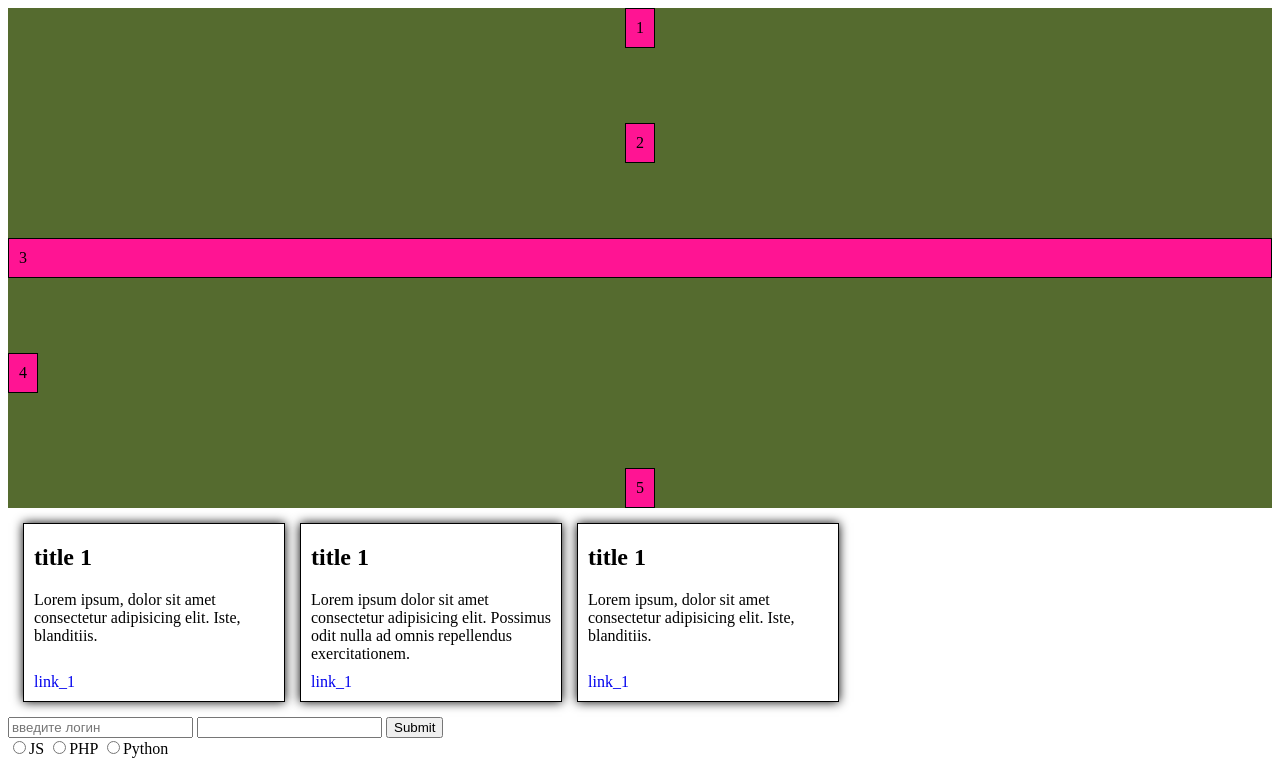
Repository: RustamNazarov98/demo
Page: index.html
These files come from the project's save history. The page is drawn as it stood at one moment and after the next save; the edit follows.
The browser window is 1280 px wide. The pictures show the whole page.

Above is the page before, as saved 2022-04-07 23:25:49.

### index.html
<!DOCTYPE html>
<html lang="en">
<head>
    <meta charset="UTF-8">
    <meta http-equiv="X-UA-Compatible" content="IE=edge">
    <meta name="viewport" content="width=device-width, initial-scale=1.0">
    <link rel="stylesheet" href="./style.css">
    <title>Document</title>
</head>
<body>
    <!-- flexbox -->
    <div class="flexbox">
        <div>1</div>
        <div>2</div>
        <div>3</div>
        <div>4</div>
        <div>5</div>
    </div>


    <!-- cards -->
    <div class="cards">
        <div class="card">
            <h2>title 1</h2>
            <div>Lorem ipsum, dolor sit amet consectetur adipisicing elit. Iste, blanditiis.</div>
            <a href="#">link_1</a>
        </div>
        <div class="card">
            <h2>title 1</h2>
            <div>Lorem ipsum dolor sit amet consectetur adipisicing elit. Possimus odit nulla ad omnis repellendus exercitationem.</div>
            <a href="#">link_1</a>
        </div>
        <div class="card">
            <h2>title 1</h2>
            <div>Lorem ipsum, dolor sit amet consectetur adipisicing elit. Iste, blanditiis.</div>
            <a href="#">link_1</a>
        </div>
    </div>

    <!-- forms -->
    <form action="sent.html" method="post" >
        <input type="text" placeholder="введите логин">
        <input type="password">
        <input type="submit" placeholder="отправить">
    </form>

    <label for="js"><input id="js" type="radio" name="option" value="js">JS</label>
    <label for="php"><input id="php" type="radio" name="option" value="php">PHP</label>
    <label for="python"><input id="python" type="radio" name="option" value="python">Python</label>
    <!-- если инпут обернуть в label и через атрибут for обратится по id input-a то при клике на
         сам текст будет выделяться тот инпут который нужен,
    а если без label то придется наводить мышь на сам кружечек а текст не будет реагировать -->
</body>
</html>

### style.css
/* flexbox */

.flexbox{
    display: flex;
    flex-direction: column;
    justify-content: space-between;
    align-items:center;
    background-color: darkolivegreen;
    height: 500px;
}
.flexbox > div {
    border: 1px solid black;
    padding: 10px;
    background-color: deeppink;
}
.flexbox > div:nth-child(3) {
    align-self: stretch;
}

.flexbox > div:nth-child(4) {
    align-self: flex-start;
}


/* cards */

.cards {
    display: flex;
    justify-content: flex-start;
    margin: 15px;
}
.card {
    display: flex;
    flex-direction: column;
    width: 250px;
    border: 1px solid black;
    box-shadow: 0 0 10px 0 black;
    padding: 0 0 10px 10px;
    margin-right: 15px;
}
.card > div {
    padding-bottom: 10px;
    flex-grow: 1;
}
.card > a {
    text-decoration: none;
}

After the next save:
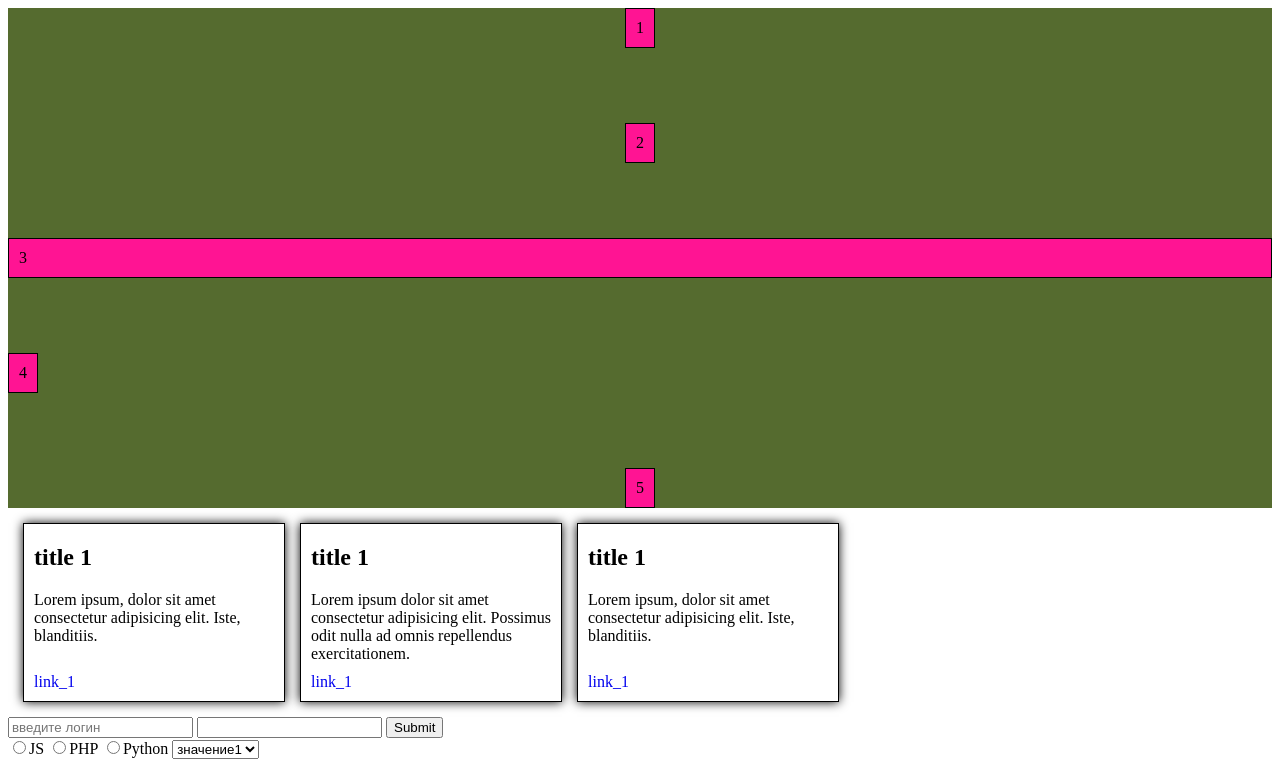
Saved 3 min 13 s later.
--- a/index.html
+++ b/index.html
@@ -50,5 +50,11 @@
     <!-- если инпут обернуть в label и через атрибут for обратится по id input-a то при клике на
          сам текст будет выделяться тот инпут который нужен,
     а если без label то придется наводить мышь на сам кружечек а текст не будет реагировать -->
+
+    <select name="select" >
+        <option value="value1">значение1</option>
+        <option value="value2">значение2</option>
+        <option value="value3">значение3</option>
+    </select>
 </body>
 </html>
